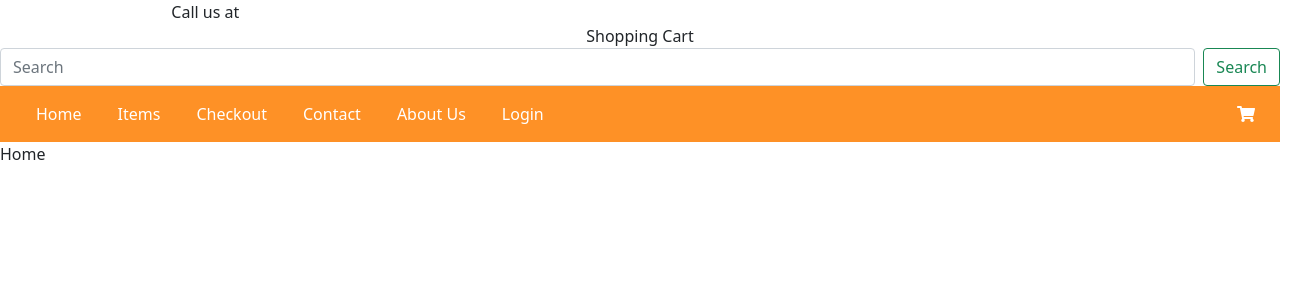
Repository: SaudCh/React-Ecommerce
Page: /
An editor plug-in stored every save of this project. The page is shown before and after the next save, followed by the edit.
The browser window is 1280 px wide. The page is 1292 px wide, so the pictures cover 1292 px, including what lies to the right of the window. The pictures show the whole page.
The project was rebuilt for these pictures with package versions that can differ from the ones it lists, and the page was loaded fresh each time. Also part of the build but not shown: src/App.css.

Above is the page before, as saved 2021-12-05 12:38:11.

After the next save:
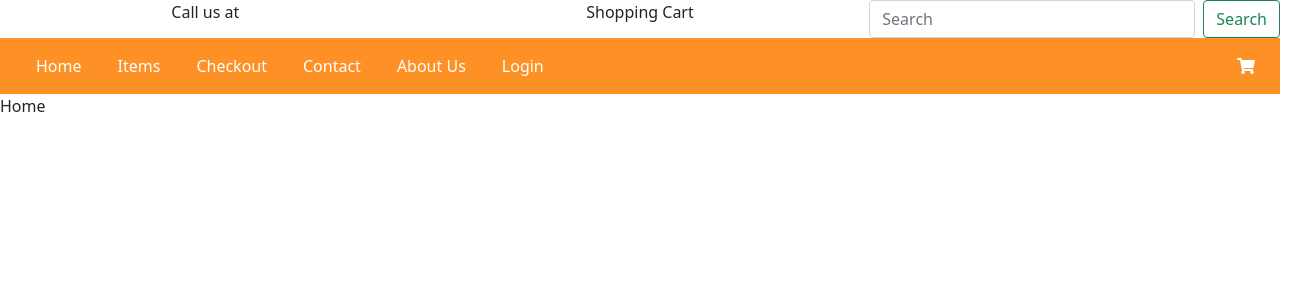
Saved 16 s later.
--- a/src/Header/Header.jsx
+++ b/src/Header/Header.jsx
@@ -12,10 +12,10 @@ export default function Header() {
           <div className="col-12 col-md-4 text-center">
             <p className="m-0 p-0">Call us at </p>
           </div>
-          <div className="col-12 text-center">
+          <div className="col-12 col-md-4 text-center">
             <p className="m-0">Shopping Cart</p>
           </div>
-          <div className="col-12 text-center">
+          <div className="col-12 col-md-4 text-center">
             <form class="d-flex">
               <input
                 class="form-control me-2"
